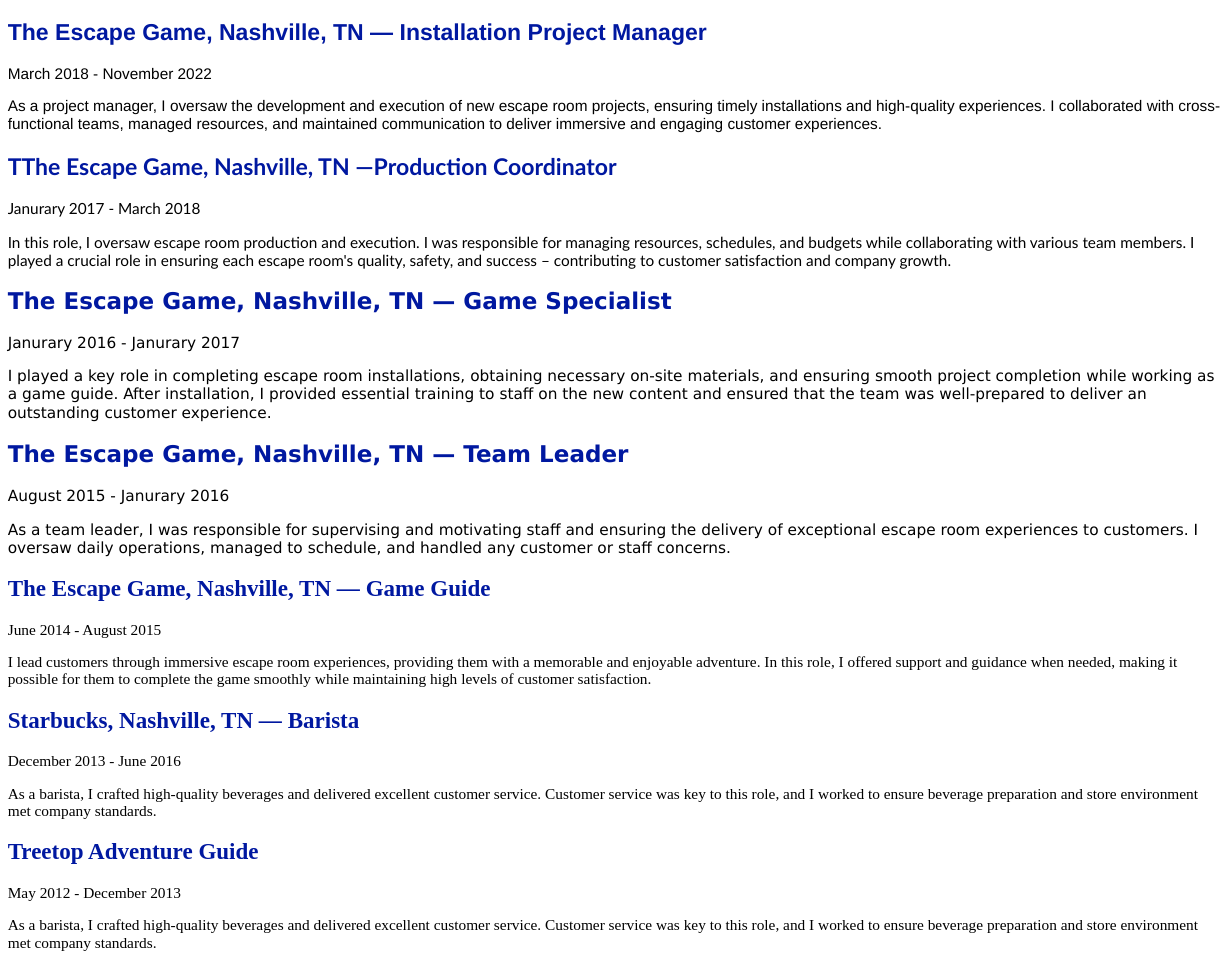
Repository: jgramirez0210/LAB-HTML-Resume
Page: index.html
An editor plug-in stored every save of this project. The page is shown before and after a run of saves, followed by the edit.
The browser window is 1280 px wide. The pictures show the whole page, at 96% of full size.

Above is the page before, as saved 2023-10-10 15:14:15.

### index.html
<!DOCTYPE html>
<html lang="en">
<head>
  <meta charset="UTF-8">
  <meta name="viewport" content="width=device-width, initial-scale=1.0">
  <title>Jesse's Work Experience</title>
  <link rel="stylesheet" href="main.css">
</head>
<body>
  <article id="job7">
    <h2>The Escape Game, Nashville, TN — Installation Project Manager </h2>
    <time datetime="2018-03" >March 2018</time> - <time datetime="2022-10" >November 2022</time></time>
    <p>As a project manager, I oversaw the development and execution of new escape room projects, ensuring timely installations and high-quality experiences. I collaborated with cross-functional teams, managed resources, and maintained communication to deliver immersive and engaging customer experiences.</p>
  </article>
  <article id="job6">
    <h2>TThe Escape Game, Nashville, TN —Production Coordinator</h2>
    <time datetime="2017-01" >Janurary 2017</time> - <time datetime="2018-3" >March 2018</time></time>
    <p>In this role, I oversaw escape room production and execution. I was responsible for managing resources, schedules, and budgets while collaborating with various team members. I played a crucial role in ensuring each escape room's quality, safety, and success – contributing to customer satisfaction and company growth.
    </p>
  </article>
  <article id="job5">
    <h2>The Escape Game, Nashville, TN — Game Specialist</h2>
    <time datetime="2016-01" >Janurary 2016</time> - <time datetime="2017-01" >Janurary 2017</time></time>
    <p>I played a key role in completing escape room installations, obtaining necessary on-site materials, and ensuring smooth project completion while working as a game guide. After installation, I provided essential training to staff on the new content and ensured that the team was well-prepared to deliver an outstanding customer experience.
    </p>
  </article>
  <article id="job4">
    <h2>The Escape Game, Nashville, TN — Team Leader</h2>
    <time datetime="2015-0" >August 2015</time> - <time datetime="2016-01" >Janurary 2016</time></time>
    <p>As a team leader, I was responsible for supervising and motivating staff and ensuring the delivery of exceptional escape room experiences to customers. I oversaw daily operations, managed to schedule, and handled any customer or staff concerns.
    </p>
  </article>
  <article id="job3">
    <h2>The Escape Game, Nashville, TN — Game Guide</h2>
    <time datetime="2014-06" >June 2014</time> - <time datetime="2015-08" >August 2015</time></time>
    <p>I lead customers through immersive escape room experiences, providing them with a memorable and enjoyable adventure. In this role, I offered support and guidance when needed, making it possible for them to complete the game smoothly while maintaining high levels of customer satisfaction.
    </p>
  </article>
  <article id="job2">
    <h2>Starbucks, Nashville, TN — Barista</h2>
    <time datetime="2013-12" >December 2013</time> - <time datetime="2014-06" >June 2016</time></time>
    <p>As a barista, I crafted high-quality beverages and delivered excellent customer service. Customer service was key to this role, and I worked to ensure beverage preparation and store environment met company standards.
    </p>
  </article>
  <article id="job1">
    <h2>Treetop Adventure Guide</h2>
    <time datetime="2012-05" >May 2012</time> - <time datetime="2013-12" >December 2013</time></time>
    <p>As a barista, I crafted high-quality beverages and delivered excellent customer service. Customer service was key to this role, and I worked to ensure beverage preparation and store environment met company standards.
    </p>
  </article>
  <script src="main.js"></script>
</body>
</html>

### main.css
#job7 {
  font-family:'Franklin Gothic Medium', 'Arial Narrow', Arial, sans-serif;
}
#job6 {
  font-family:'Gill Sans', 'Gill Sans MT', Calibri, 'Trebuchet MS', sans-serif;
}
#job5 {
  font-family:'Lucida Sans', 'Lucida Sans Regular', 'Lucida Grande', 'Lucida Sans Unicode', Geneva, Verdana, sans-serif
}
#job4 {
  font-family:Verdana, Geneva, Tahoma, sans-serif;
}
#job3 {
  font-family: ;
}
#job2 {
  font-family: ;
}
#job1 {
  font-family: ;
}
h2 {
  color: #0018a0;
}

Loaded but not shown: main.js (no stored copy; drawn as an empty file)

After the next 5 saves:
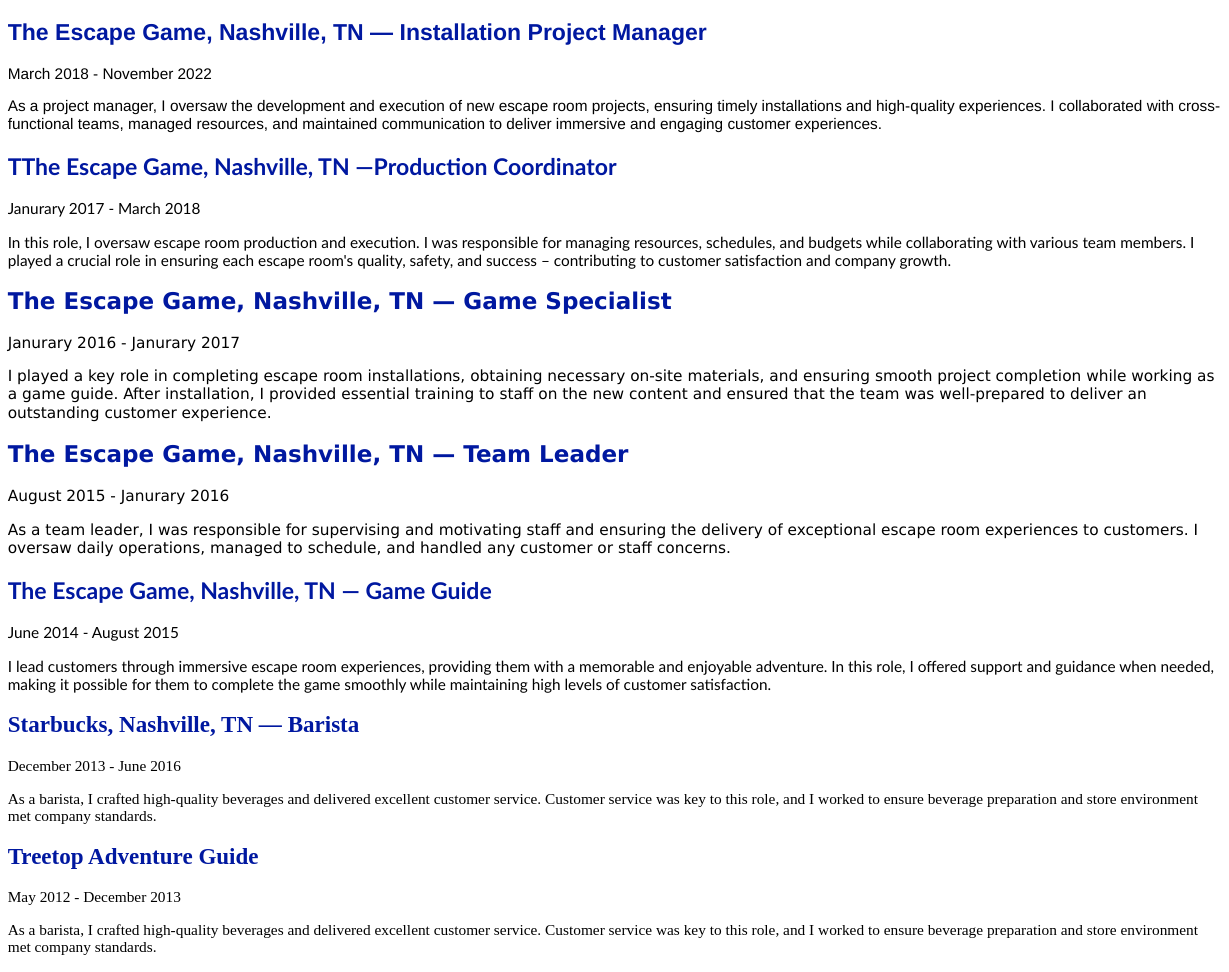
The 5 saves are shown as one change because they came seconds apart.
The last was saved 14 s later.
--- a/main.css
+++ b/main.css
@@ -5,13 +5,13 @@
   font-family:'Gill Sans', 'Gill Sans MT', Calibri, 'Trebuchet MS', sans-serif;
 }
 #job5 {
-  font-family:'Lucida Sans', 'Lucida Sans Regular', 'Lucida Grande', 'Lucida Sans Unicode', Geneva, Verdana, sans-serif
+  font-family:'Lucida Sans', 'Lucida Sans Regular', 'Lucida Grande', 'Lucida Sans Unicode', Geneva, Verdana, sans-serif;
 }
 #job4 {
   font-family:Verdana, Geneva, Tahoma, sans-serif;
 }
 #job3 {
-  font-family: ;
+  font-family:'Trebuchet MS', 'Lucida Sans Unicode', 'Lucida Grande', 'Lucida Sans', Arial, sans-serif;
 }
 #job2 {
   font-family: ;
